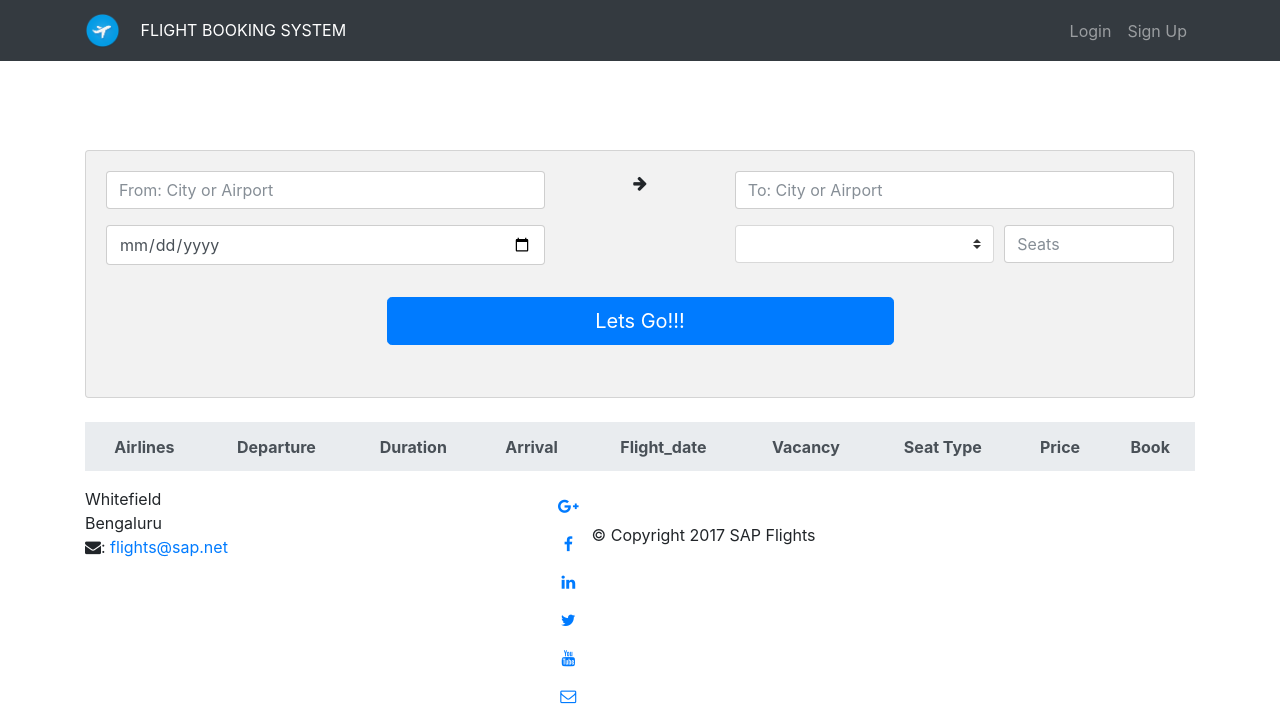
Repository: yashtatia/Spring-Practice
Page: http://localhost/FitnessTracker/WEB-INF/jsp/flightpage.jsp
The author's editor kept a copy of each file at every save. The page is drawn from the files as they stood at one save, then again after the next save.
The browser window is 1280 px wide. The pictures show the whole page.
Some web libraries are served in a nearby version. The page is served by Tomcat 9. Nobody is signed in. Other server files are loaded and not shown. The template is opened directly, without the code that normally fills it, so the values that code supplies are empty.

Above is the page before, as saved 2017-09-05 20:26:12.

### FitnessTracker/src/main/webapp/WEB-INF/jsp/flightpage.jsp
<%@ taglib prefix="c" uri="http://java.sun.com/jsp/jstl/core"%>
<%@ taglib prefix="form" uri="http://www.springframework.org/tags/form" %>
<%@ taglib prefix="spring" uri="http://www.springframework.org/tags" %>

	<jsp:include page="header.jsp" />

	<style type="text/css">
		.table td, .table th {
			text-align: center;
			align-items: center;
			align-content: center;
		}
		table:hover {
			border-color:  #808080;
			border-top-width: 1 px;
		}
	</style>


	<div class="container" style="margin-top:150px;">
		<div class="card" style="background-color: #f2f2f2;" >
			<div class="card-body">
				<form:form modelAttribute="flightSearch" method="POST" >
					<div class="form-row">
						<div class="form-group col-md-5">
								<form:input path="source_airport" class="input-large form-control" type="text" placeholder="From: City or Airport" name="source_id" id="source_id" value="${flightSearch.source_airport}" />
						</div>
						<div class="form-group col-md-2">
							<div id="city_reverse" align="center" style="cursor:pointer;">
								<i class="fa fa-arrow-right" aria-hidden="true"></i>
							</div>
						</div>
						<div class="form-group col-md-5">
								<form:input path="destination_airport" class="input-large form-control" type="text" placeholder="To: City or Airport" name="destination_id" id="destination_id" value="${flightSearch.destination_airport}" />
						</div>
					</div>
					<div class="form-row">
						<div class="form-group col-md-5">
							<form:input path="flight_date" class="input-large form-control" type="date" name="flight_date" data-date-inline-picker="true" value="${flightSearch.flight_date}"/>
						</div>
						<div class="col-md-2">

						</div>
						<div class="col-md-3 form-group">
								<form:select id="seat_classes" path="seat_class" class="custom-select mb-2 mr-sm-2 mb-sm-0 form-control" name="seat_type" value="${flightSearch.seat_class}">
									<form:options items="${seats}" itemLabel="description" itemValue="seat_type"/>
								</form:select>
						</div>
						<div class="col-md-2 form-group">
							<form:input path="seats" class="input-large form-control" type="number" name="seats" data-date-inline-picker="true" placeholder="Seats" value="${flightSearch.seats}" min="1"/>
						</div>
					</div>

					<div class="form-row">
						<div class="form-group col-md-6 mx-auto p-3">
							<button type="submit" class="btn btn-lg btn-block btn-primary" name="flightSearchFormSubmit" value="SEARCH">Lets Go!!!</button>
						</div>
					</div>
				</form:form>
			</div>
		</div>
	</div>
	<div class="container">
		<br/>
		<div class="row row-content">
			<div class="col-lg-12 " >
				<table class="table table-striped table-hover">
					<tr class="thead-default">
						<th>Airlines</th>
						<th>Departure</th>
						<th>Duration</th>
						<th>Arrival</th>
						<th>Flight_date</th>
						<th>Vacancy</th>
						<th>Seat Type</th>
						<th>Price</th>
						<th>Book</th>
					</tr>
					<c:forEach items="${flightsReport}" var="flightReport">
						<tr>
							<td>${flightReport.carrier.carrier_name}</td>
							<td>
								<table style="border: none; padding: none;" >
									<tr>
										<td>${flightReport.departure.airport_id} ${flightReport.departure_time}</td>
									</tr>
									<tr>
										<td>${flightReport.departure.airport_name}, India</td>
									</tr>
								</table>
							</td>
							<td>${flightReport.duration}</td>
							<td>
								<table style="border: none; padding-left: 2px:;">
									<tr>
										<td>${flightReport.arrival.airport_id} ${flightReport.arrival_time}</td>
									</tr>
									<tr>
										<td>${flightReport.arrival.airport_name}, India</td>
									</tr>
								</table>
							</td>
							<td>${flightReport.flight_date}</td>
							<td>${flightReport.vacancy}</td>
							<td>${flightReport.seat_type.description}</td>
							<td>${flightReport.price}</td>

							<form:form modelAttribute="flightSelected" action="flightWeWishToFly.html" method="POST">
								<form:hidden path="flight_id" value="${flightReport.flight_id}" />
								<form:hidden path="route_id" value="${flightReport.route_id}" />
								<form:hidden path="departure_id" value="${flightReport.departure.airport_id}" />
								<form:hidden path="departure" value="${flightReport.departure.airport_name}" />
								<form:hidden path="arrival_id" value="${flightReport.arrival.airport_id}" />
								<form:hidden path="arrival" value="${flightReport.arrival.airport_name}" />
								<form:hidden path="user_air_miles" value="${userForm.air_miles}" />
								<form:hidden path="airline" value="${flightReport.carrier.carrier_name}" />
								<form:hidden path="flight_date" value="${flightReport.flight_date}" />
								<form:hidden path="departure_time" value="${flightReport.departure_time}" />
								<form:hidden path="arrival_time" value="${flightReport.arrival_time}" />
								<form:hidden path="duration" value="${flightReport.duration}" />
								<form:hidden path="price" value="${flightReport.price}" />
								<form:hidden path="seat_class" value="${flightReport.seat_type.description}" />
								<form:hidden path="seat_class_abbrev" value="${flightReport.seat_type.seat_type}" />
								<form:hidden path="seats" value="${flightSearch.seats}" />
								<td><button type="submit" class="btn btn-large btn-warning">Book Now</button></td>
							</form:form>

						</tr>
					</c:forEach>
				</table>

			</div>
		</div>
	</div>
	<jsp:include page="footer.jsp" />

	<script type="text/javascript">
		$(document).ready(function(){
			$("#city_reverse").on("click" , function(){
				var source = $("#source_id").val();
				var destination = $("#destination_id").val();
				$("#source_id").val(destination);
				$("#destination_id").val(source);
			});

			$("#city_reverse").mouseenter(function(){
				$("#city_reverse > span").removeClass("fa fa-arrow-right");
				$("#city_reverse > span").addClass("fa fa-arrow-left");
			});
			$("#city_reverse").mouseleave(function(){
				$("#city_reverse > span").removeClass("fa fa-arrow-left");
				$("#city_reverse > span").addClass("fa fa-arrow-right");
			});
		});
	</script>
<!-- 	<script type="text/javascript">
		$(document).ready(
			function() {
				$.getJSON('<spring:url value="seat_classes.json"/>', {
					ajax : 'true'
				}, function(data){
					var html = '<option value="">--Please select one--</option>';
					var len = data.length;
					for (var i = 0; i < len; i++) {
						html += '<option value="' + data[i].seat_type + '">'
								+ data[i].description + '</option>';
					}
					html += '</option>';

					$('#seat_classes').html(html);
				});

			});

	</script> -->
	<script type="text/javascript">
		$( function() {
			console.log( "document Ready!" );

			// $('#source_id').autocomplete("flightSearchHelpAjax.jsp");
			// $(this.target).find('source_id').autocomplete({
			$("#source_id").autocomplete({
				source: function (request, response) {
		            $.getJSON('<spring:url value="flightAjax.json"/>', request, function(result) {
		                response($.map(result, function(item) {
		                    return {
		                        // following property gets displayed in drop down
		                        value: item.airport_id + " - " + item.airport_name ,
		                        // following property gets entered in the textbox
		                        data: item.airport_id,
		                        // following property is added for our own use
		                    };
		                }));
		            });
		        },
		        minLength:2,
		        delay:100
			});
			$('#destination_id').autocomplete({
				source: function (request, response) {
		            $.getJSON('<spring:url value="flightAjax.json"/>', request, function(result) {
		                response($.map(result, function(item) {
		                    return {
		                        // following property gets displayed in drop down
		                        //label: item.airport_id,
		                        value: item.airport_id + " - " + item.airport_name ,
		                        // following property gets entered in the textbox
		                        data: item.airport_id,

		                    };
		                }));
		            });
		        },
		        minLength:2,
		        delay:100
			});
		});
	</script>

### FitnessTracker/src/main/webapp/WEB-INF/jsp/header.jsp
<%@ taglib prefix="c" uri="http://java.sun.com/jsp/jstl/core"%>
<%@ taglib prefix="form" uri="http://www.springframework.org/tags/form" %>
<%@ taglib prefix="spring" uri="http://www.springframework.org/tags" %>
<!DOCTYPE html>
<html>
<head>
	<meta charset="utf-8">
    <meta http-equiv="X-UA-Compatible" content="IE=edge">
    <meta name="viewport" content="width=device-width, initial-scale=1, shrink-to-fit=no">
	<title>Search Flights</title>
	<link rel="stylesheet" href="https://maxcdn.bootstrapcdn.com/bootstrap/4.0.0-beta/css/bootstrap.min.css" integrity="sha384-/Y6pD6FV/Vv2HJnA6t+vslU6fwYXjCFtcEpHbNJ0lyAFsXTsjBbfaDjzALeQsN6M" crossorigin="anonymous">
	<link href="https://maxcdn.bootstrapcdn.com/font-awesome/4.7.0/css/font-awesome.min.css" rel="stylesheet">
	<link rel="stylesheet" type="text/css" href="assets/css/jquery-ui.css">
</head>
<body>

	 <nav class="navbar navbar-expand-md navbar-dark bg-dark fixed-top">
            <div class="container">
                <div class="navbar-header">
	                <span><a class="navbar-brand" href="index.jsp"><img src="assets/img/sap.png" height=35 width=35></a></span>
	                <span style="color: white;">FLIGHT BOOKING SYSTEM</span>
                </div>

                <c:choose>
    				<c:when test="${not logInForm.loggedIn || logInForm == null}">
                       <ul class="navbar-nav bd-navbar-nav" style="cursor: pointer;">
	                        <li class="nav-item"><a class="nav-link" data-toggle="modal" data-target="#loginModal" id="login"><span class="glyphicon glyphicon-log-in"></span> Login</a></li>
	                        <li class="nav-item"><a class="nav-link" href="signUp.html"><span class="glyphicon glyphicon-log-in"></span> Sign Up</a></li>
	                    </ul>
	    			</c:when>
	    			<c:otherwise>
	                    <ul class="navbar-nav bd-navbar-nav" style="cursor: pointer;">
	                        <li class="nav-item dropdown">
	                            <a href="#" class="nav-link dropdown-toggle" data-toggle="dropdown"
	                             role="button" aria-haspopup="true" aria-expanded="false" style="color: white; ">
	                             <i class="fa fa-user-o" aria-hidden="true"></i>  ${userForm.fname} ${userForm.lname} <span class="caret"></span></a>
	                            <ul class="dropdown-menu">
	                                <li><a class="dropdown-item" href="#">Your Miles : ${userForm.air_miles}</a></li>
	                                <li><a class="dropdown-item" href="myBookings.html">MyBookings</a></li>
	                                <li><a class="dropdown-item" href="logout.html">Logout</a></li>
	                            </ul>
	                        </li>
	                    </ul>
	                </c:otherwise>
                </c:choose>


                </div>
        </nav>

    <c:if test="${logInForm.loggedIn == false || logInForm == null}">

	    <div id="loginModal" class="modal fade " role="dialog" aria-labelledby="loginModal" aria-hidden="true">
	        <div class="modal-dialog" style="max-width: 650px !important;">
	        <!-- Modal content-->
	        <div class="modal-content">
	            <div class="modal-header">
	                <h5 class="modal-title" id="exampleModalLabel">Login</h5>
			     	   <button type="button" class="close" data-dismiss="modal" aria-label="Close">
			        	  <span aria-hidden="true">&times;</span>
			       	 </button>
	            </div>
		        <div class="modal-body">
		            <form:form modelAttribute="logInForm" class="form-inline" id="loginForm" action="logIn.html" method="POST">
		                <div class="form-group">
		                    <label class="sr-only" for="InputEmail">Email address</label>
		                    <form:input path="username" type="email" class="form-control" id="Email" placeholder="Email" name="email" />
		                </div>
		                <div class="form-group mx-sm-3">
		                    <label class="sr-only" for="Password">Password</label>
		                    <form:input path="password" type="password" class="form-control" id="Password" placeholder="Password" name="password" />
		                </div>

	            		<div class="form-group mx-sm-3">
	            			<button type="button" class="btn btn-default btn-danger pull-right" data-dismiss="modal">Cancel</button>
		                	<button type="submit" class="btn btn-default btn-info pull-right">Sign in</button>
	            		</div>


	            	</form:form>
				</div>

	        </div>
	        </div>
	    </div>

    </c:if>

### FitnessTracker/src/main/webapp/WEB-INF/jsp/footer.jsp

	<footer class="row-footer">
        <div class="container">
            <div class="row">

                <div class="col-md-5"">
                    <address>
		              Whitefield<br>
		              Bengaluru<br>
		              <i class="fa fa-envelope"></i>:
                         <a href="mailto:flights@sap.net">
                         flights@sap.net</a>
                    </address>
                </div>
                <div class="col-xs-12 ">
                    <div class="nav navbar-nav">
                        <a class="btn btn-social-icon btn-google-plus" href="http://google.com/+"><i class="fa fa-google-plus"></i></a>
                        <a class="btn btn-social-icon btn-facebook" href="http://www.facebook.com/profile.php?id="><i class="fa fa-facebook"></i></a>
                        <a class="btn btn-social-icon btn-linkedin" href="http://www.linkedin.com/in/"><i class="fa fa-linkedin"></i></a>
                        <a class="btn btn-social-icon btn-twitter" href="http://twitter.com/"><i class="fa fa-twitter"></i></a>
                        <a class="btn btn-social-icon btn-youtube" href="http://youtube.com/"><i class="fa fa-youtube"></i></a>
                        <a class="btn btn-social-icon" href="mailto:"><i class="fa fa-envelope-o"></i></a>
                    </div>
                </div>
                <div class="col-xs-12">
                    <p style="padding:10px;"></p>
                    <p align=center> &copy; Copyright 2017 SAP Flights</p>
                </div>
            </div>
        </div>
    </footer>




<script src="https://code.jquery.com/jquery-3.2.1.slim.min.js" integrity="sha384-KJ3o2DKtIkvYIK3UENzmM7KCkRr/rE9/Qpg6aAZGJwFDMVNA/GpGFF93hXpG5KkN" crossorigin="anonymous"></script>
<script type="text/javascript" src="http://code.jquery.com/jquery-3.2.1.min.js"></script>
<script type="text/javascript" src="assets/js/jquery-ui.min.js"></script>
<script src="https://cdnjs.cloudflare.com/ajax/libs/popper.js/1.11.0/umd/popper.min.js" integrity="sha384-b/U6ypiBEHpOf/4+1nzFpr53nxSS+GLCkfwBdFNTxtclqqenISfwAzpKaMNFNmj4" crossorigin="anonymous"></script>
<script src="https://maxcdn.bootstrapcdn.com/bootstrap/4.0.0-beta/js/bootstrap.min.js" integrity="sha384-h0AbiXch4ZDo7tp9hKZ4TsHbi047NrKGLO3SEJAg45jXxnGIfYzk4Si90RDIqNm1" crossorigin="anonymous"></script>

<script>
        $().button('toggle');
        $(document).ready(function(){
            $("#login").click(function(){
                console.log("yo!");
                $("#loginModal").modal();
            });
        });

        $(document).ready(function(){
            $("#table").click(function(){
                $("#tableModal").modal();
            });
        });
</script>
</body>
</html>

Loaded but not shown: FitnessTracker/src/main/webapp/assets/css/jquery-ui.css (library); FitnessTracker/src/main/webapp/assets/js/jquery-ui.min.js (library)

After the next save:
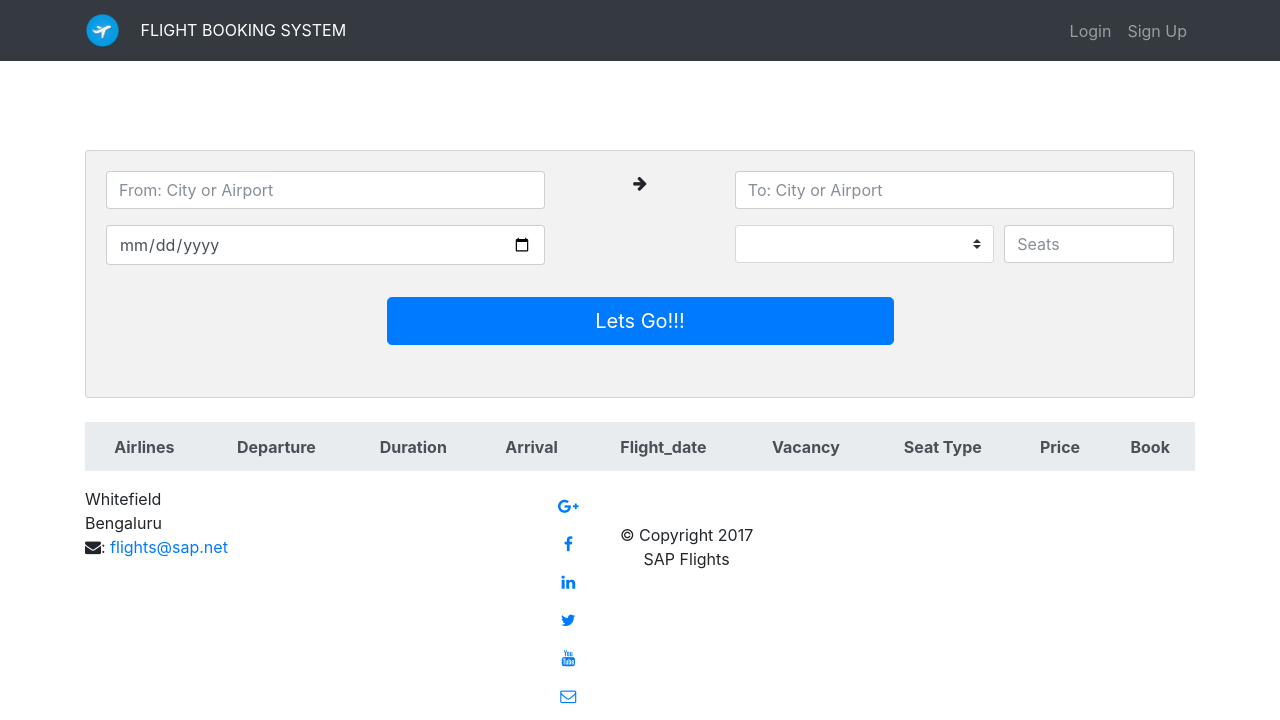
Saved 21 s later.
--- a/FitnessTracker/src/main/webapp/WEB-INF/jsp/footer.jsp
+++ b/FitnessTracker/src/main/webapp/WEB-INF/jsp/footer.jsp
@@ -22,7 +22,7 @@
                         <a class="btn btn-social-icon" href="mailto:"><i class="fa fa-envelope-o"></i></a>
                     </div>
                 </div>
-                <div class="col-xs-12">
+                <div class="col-md-2">
                     <p style="padding:10px;"></p>
                     <p align=center> &copy; Copyright 2017 SAP Flights</p>
                 </div>
